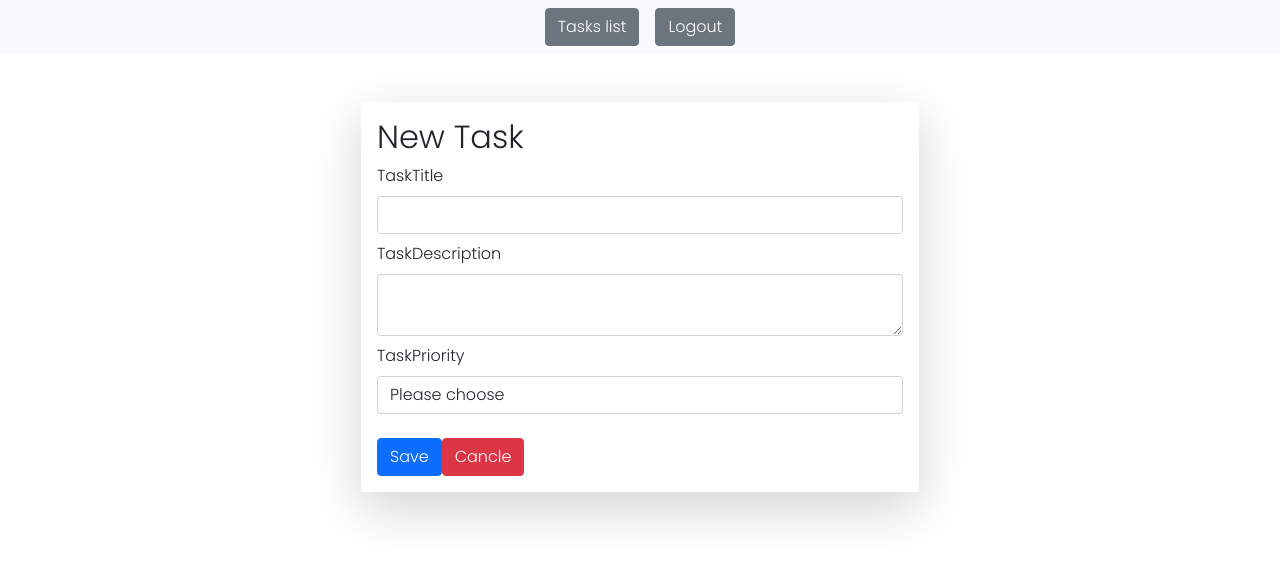
Repository: FS-23/react-task-manager
Page: /tasks/edit/0
These files come from the project's save history. The page is drawn as it stood at one moment and after the next save; the edit follows.
The browser window is 1280 px wide. The pictures show the whole page.
The project was rebuilt for these pictures with package versions that can differ from the ones it lists, and the page was loaded fresh each time. Also part of the build but not shown: src/components/Login.js, src/firebase-config.js, src/components/TaskList.js, src/components/TaskDetail.js.

Above is the page before, as saved 2022-05-13 15:06:56.

### public/index.html
<!DOCTYPE html>
<html lang="en">
  <head>
    <meta charset="utf-8" />
    <link rel="icon" href="%PUBLIC_URL%/favicon.ico" />
    <meta name="viewport" content="width=device-width, initial-scale=1" />
    <meta name="theme-color" content="#000000" />
    <meta  name="description" content="Web site created using create-react-app"/>
    <link rel="apple-touch-icon" href="%PUBLIC_URL%/logo192.png" />

    <link rel="manifest" href="%PUBLIC_URL%/manifest.json" />

    <title>React App</title>

    <!-- CSS only -->
   <link href="https://cdn.jsdelivr.net/npm/bootstrap@5.1.3/dist/css/bootstrap.min.css" rel="stylesheet" >
  </head>
  <body>
    <noscript>You need to enable JavaScript to run this app.</noscript>
    <div id="root"></div>


    <!-- JavaScript Bundle with Popper -->
    <script src="https://cdn.jsdelivr.net/npm/bootstrap@5.1.3/dist/js/bootstrap.bundle.min.js"></script>
  </body>
</html>

### src/index.js
import React from 'react';
import ReactDOM from 'react-dom/client';
import './index.css';
import App from './App';
//import 'https://cdn.jsdelivr.net/npm/bootstrap@5.1.3/dist/css/bootstrap.min.css'

const root = ReactDOM.createRoot(document.getElementById('root'));
root.render(
  <React.StrictMode>
    <App />
  </React.StrictMode>
);

// If you want to start measuring performance in your app, pass a function
// to log results (for example: reportWebVitals(console.log))
// or send to an analytics endpoint. Learn more: https://bit.ly/CRA-vitals

### src/index.css

.login-bg {
     background-image: linear-gradient(160deg , red , blue);
}

@font-face {
  font-family: "Poppins";
  src: url(./font/Poppins-Light.ttf);
}

*{
   font-family:  "Poppins" , sans-serif;
}

### src/App.js

import Login from "./components/Login";
import TaskList from "./components/TaskList";
import AddTask from './components/AddTask'
import TaskDetail from "./components/TaskDetail";
import Layout from "./components/Layout";
import TaskLayout from "./components/TaskLayout";

import { BrowserRouter , Routes , Route, Link } from 'react-router-dom'


function App() {
  return (

    <BrowserRouter>
         <Routes>
              <Route path="/login" element={<Login />}></Route>
              <Route path="/" element={<Layout />}>
                  <Route  index element={<TaskLayout/>}></Route>
                   <Route  path="tasks" element={<TaskLayout/>}>
                      <Route index element = {<TaskList/>}></Route>
                      <Route path="list" element = {<TaskList/>}></Route>
                      <Route path=":id" element = {<TaskDetail/>}></Route>
                      <Route path="edit/:id" element = {<AddTask/>}></Route>
                   </Route>
              </Route>
              <Route path="*" element={
                (<div className="text-secondary text-center display-6 mt-3">
                  Ouuups ressource not found !!!!

                  <Link to="/" className="btn btn-primary ms-2"> Home </Link>
                </div>)
              }></Route>
         </Routes>

    </BrowserRouter>

  );
}




export default App;

### src/components/AddTask.js
import { useState } from "react";
import { Link } from 'react-router-dom'
function AddTask(){
    let [inputs, setInputs] = useState({})
    function handleOnChange(event) {
        let name = event.target.name
        let value = event.target.value
        setInputs(inputs=>({...inputs, [name] : value}))
    }
    function handleOnSubmit (event) {
        event.preventDefault();
        console.log(inputs)
    }
    return(
        <div className="w-50 shadow-lg m-auto p-3">
            <h2>
                New Task
            </h2>
            <form onSubmit= {handleOnSubmit} >

               <div className="form-group mt-2">
                   <label className="form-label">TaskTitle</label>
                   <input className="form-control" type = "text" name="title" required onChange = {handleOnChange} />
               </div>

               <div className="form-group mt-2">
                   <label className="form-label">TaskDescription</label>
                   <textarea className="form-control" type = "text" name="description" required onChange = {handleOnChange}></textarea>

               </div>

               <div className="form-group mt-2">
                   <label className="form-label">TaskPriority</label>
                   <select className="form-control" name = "priority" required onChange = {handleOnChange}>
                       <option value= "">Please choose</option>
                       <option value= "low">low</option>
                       <option value= "medium">medium</option>
                       <option value= "high">high</option>
                   </select>

               </div>

               <div className="mt-4">
                   <button className="btn btn-primary">Save</button>
                   <Link to="/tasks/list" className="btn btn-danger">Cancle</Link>
               </div>

            </form>

        </div>
    )
}

export default AddTask

### src/components/Layout.js
import { Link, Outlet } from "react-router-dom";

function Layout(){
    return (
        <div>
            <div className="text-center bg-light p-2">
                <Link className="btn btn-secondary" to="/tasks/list">Tasks list</Link>
                <Link className="btn btn-secondary ms-3" to="/login">Logout</Link>
            </div>
            <div className="container mt-5">
               <Outlet />
            </div>
        </div>

    )
}

export default Layout

### src/components/TaskLayout.js
import { Outlet } from "react-router-dom";

function TaskLayout(){
    return (
        <div>
            <Outlet />
        </div>
    )
}

export default TaskLayout

After the next save:
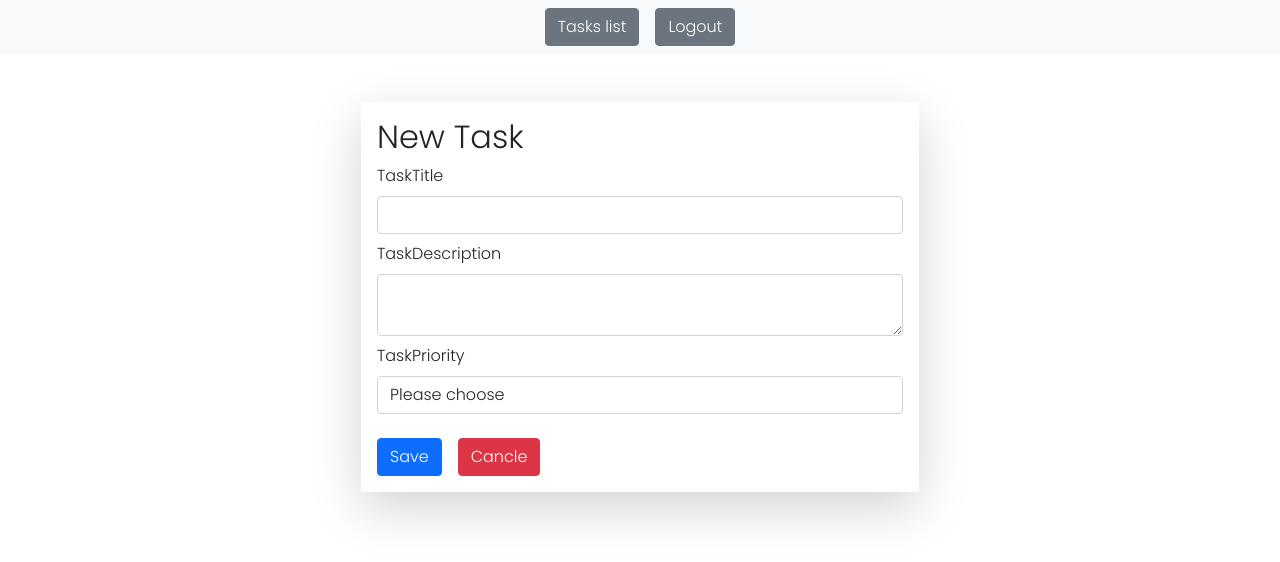
Saved 22 s later.
--- a/src/components/AddTask.js
+++ b/src/components/AddTask.js
@@ -42,7 +42,7 @@ function AddTask(){
 
                <div className="mt-4">
                    <button className="btn btn-primary">Save</button>
-                   <Link to="/tasks/list" className="btn btn-danger">Cancle</Link>
+                   <Link to="/tasks/list" className="btn btn-danger ms-3">Cancle</Link>
                </div>
 
             </form>
